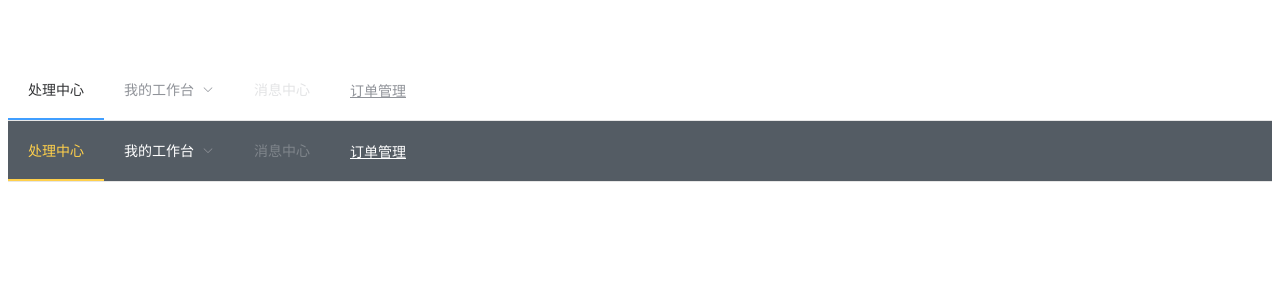
Repository: yuyiyong/study.vue
Page: /#/Layout
These files come from the project's save history. The page is drawn as it stood at one moment and after the next save; the edit follows.
The browser window is 1280 px wide. The pictures show the whole page.
The project was rebuilt for these pictures with package versions that can differ from the ones it lists, and the page was loaded fresh each time. Also part of the build but not shown: src/components/HelloWorld.vue.

Above is the page before, as saved 2021-03-09 14:35:13.

### index.html
<!DOCTYPE html>
<html>
  <head>
    <meta charset="utf-8">
    <meta name="viewport" content="width=device-width,initial-scale=1.0">
    <title>element_test</title>
  </head>
  <body>
    <div id="app"></div>
    <!-- built files will be auto injected -->
  </body>
</html>

### src/main.js
/*
 * @Author: your name
 * @Date: 2021-03-08 17:56:46
 * @LastEditTime: 2021-03-09 14:18:59
 * @LastEditors: Please set LastEditors
 * @Description: In User Settings Edit
 * @FilePath: /element_test/src/main.js
 */
// The Vue build version to load with the `import` command
// (runtime-only or standalone) has been set in webpack.base.conf with an alias.
import Vue from 'vue'
import App from './App'
import router from './router'
import element from './element/index'
import 'element-ui/lib/theme-chalk/index.css'

Vue.config.productionTip = false
Vue.use(element)
/* eslint-disable no-new */
new Vue({
  el: '#app',
  router,
  components: { App },
  template: '<App/>'
})

### src/App.vue
<!--
 * @Author: your name
 * @Date: 2021-03-08 17:56:46
 * @LastEditTime: 2021-03-09 14:35:13
 * @LastEditors: Please set LastEditors
 * @Description: In User Settings Edit
 * @FilePath: /element_test/src/App.vue
-->
<template>
  <div id="app">
    <!-- <img src="./assets/logo.png"> -->
    <Layout></Layout>
    <router-view/>
  </div>
</template>

<script>
import Layout from './pages/layout/Layout'
export default {
  name: 'App',
  components: Layout
}
</script>

<style>
#app {
  font-family: 'Avenir', Helvetica, Arial, sans-serif;
  -webkit-font-smoothing: antialiased;
  -moz-osx-font-smoothing: grayscale;
  text-align: center;
  color: #2c3e50;
  margin-top: 60px;
}
</style>

### src/router/index.js
/*
 * @Author: your name
 * @Date: 2021-03-08 17:56:46
 * @LastEditTime: 2021-03-09 12:06:38
 * @LastEditors: Please set LastEditors
 * @Description: In User Settings Edit
 * @FilePath: /element_test/src/router/index.js
 */
import Vue from 'vue'
import Router from 'vue-router'
import HelloWorld from '@/components/HelloWorld'
import Layout from '@/pages/layout/Layout'

Vue.use(Router)

export default new Router({
  routes: [
    {
      path: '/',
      name: 'HelloWorld',
      component: HelloWorld
    },
    {
      path: '/Layout',
      name: 'Layout',
      component: Layout
    }

  ]
})

### src/element/index.js
/*
 * @Author: your name
 * @Date: 2021-03-08 18:29:00
 * @LastEditTime: 2021-03-09 14:24:49
 * @LastEditors: Please set LastEditors
 * @Description: In User Settings Edit
 * @FilePath: /element_test/src/element/index.js
 */
// 导入自己需要的组件
import {
  Pagination,
  Dialog,
  Autocomplete,
  Dropdown,
  DropdownMenu,
  DropdownItem,
  Menu,
  Submenu,
  MenuItem,
  MenuItemGroup,
  Input,
  InputNumber,
  Radio,
  RadioGroup,
  RadioButton,
  Checkbox,
  CheckboxButton,
  CheckboxGroup,
  Switch,
  Select,
  Option,
  OptionGroup,
  Button,
  ButtonGroup,
  Table,
  TableColumn,
  DatePicker,
  TimeSelect,
  TimePicker,
  Popover,
  Tooltip,
  Breadcrumb,
  BreadcrumbItem,
  Form,
  FormItem,
  Tabs,
  TabPane,
  Tag,
  Tree,
  Alert,
  Slider,
  Icon,
  Row,
  Col,
  Upload,
  Progress,
  Spinner,
  Badge,
  Card,
  Rate,
  Steps,
  Step,
  Carousel,
  CarouselItem,
  Collapse,
  CollapseItem,
  Cascader,
  ColorPicker,
  Transfer,
  Container,
  Header,
  Aside,
  Main,
  Footer,
  Timeline,
  TimelineItem,
  Link,
  Divider,
  Image,
  Calendar,
  Backtop,
  PageHeader,
  CascaderPanel,
  Loading,
  MessageBox,
  Message,
  Notification
} from 'element-ui'
// import 'element-ui/lib/theme-chalk/index.css'

const element = {
  install: function (Vue) {
    Vue.use(Pagination)
    Vue.use(Dialog)
    Vue.use(Autocomplete)
    Vue.use(Dropdown)
    Vue.use(DropdownMenu)
    Vue.use(DropdownItem)
    Vue.use(Menu)
    Vue.use(Submenu)
    Vue.use(MenuItem)
    Vue.use(MenuItemGroup)
    Vue.use(Input)
    Vue.use(InputNumber)
    Vue.use(Radio)
    Vue.use(RadioGroup)
    Vue.use(RadioButton)
    Vue.use(Checkbox)
    Vue.use(CheckboxButton)
    Vue.use(CheckboxGroup)
    Vue.use(Switch)
    Vue.use(Select)
    Vue.use(Option)
    Vue.use(OptionGroup)
    Vue.use(Button)
    Vue.use(ButtonGroup)
    Vue.use(Table)
    Vue.use(TableColumn)
    Vue.use(DatePicker)
    Vue.use(TimeSelect)
    Vue.use(TimePicker)
    Vue.use(Popover)
    Vue.use(Tooltip)
    Vue.use(Breadcrumb)
    Vue.use(BreadcrumbItem)
    Vue.use(Form)
    Vue.use(FormItem)
    Vue.use(Tabs)
    Vue.use(TabPane)
    Vue.use(Tag)
    Vue.use(Tree)
    Vue.use(Alert)
    Vue.use(Slider)
    Vue.use(Icon)
    Vue.use(Row)
    Vue.use(Col)
    Vue.use(Upload)
    Vue.use(Progress)
    Vue.use(Spinner)
    Vue.use(Badge)
    Vue.use(Card)
    Vue.use(Rate)
    Vue.use(Steps)
    Vue.use(Step)
    Vue.use(Carousel)
    Vue.use(CarouselItem)
    Vue.use(Collapse)
    Vue.use(CollapseItem)
    Vue.use(Cascader)
    Vue.use(ColorPicker)
    Vue.use(Transfer)
    Vue.use(Container)
    Vue.use(Header)
    Vue.use(Aside)
    Vue.use(Main)
    Vue.use(Footer)
    Vue.use(Timeline)
    Vue.use(TimelineItem)
    Vue.use(Link)
    Vue.use(Divider)
    Vue.use(Image)
    Vue.use(Calendar)
    Vue.use(Backtop)
    Vue.use(PageHeader)
    Vue.use(CascaderPanel)

    Vue.use(Loading.directive)

    Vue.prototype.$loading = Loading.service
    Vue.prototype.$msgbox = MessageBox
    Vue.prototype.$alert = MessageBox.alert
    Vue.prototype.$confirm = MessageBox.confirm
    Vue.prototype.$prompt = MessageBox.prompt
    Vue.prototype.$notify = Notification
    Vue.prototype.$message = Message
  }
}
export default element

### src/pages/layout/Layout.vue
<!--
 * @Author: your name
 * @Date: 2021-03-09 11:45:21
 * @LastEditTime: 2021-03-09 12:14:13
 * @LastEditors: Please set LastEditors
 * @Description: In User Settings Edit
 * @FilePath: /element_test/src/pages/layout/Layout.vue
-->

<!--
 * @Author: your name
 * @Date: 2021-03-08 17:56:46
 * @LastEditTime: 2021-03-09 10:45:57
 * @LastEditors: Please set LastEditors
 * @Description: In User Settings Edit
 * @FilePath: /element_test/src/components/HelloWorld.vue
-->
<template>
  <div>
    <el-menu
      :default-active="activeIndex"
      class="el-menu-demo"
      mode="horizontal"
      @select="handleSelect"
    >
      <el-menu-item index="1">处理中心</el-menu-item>
      <el-submenu index="2">
        <template slot="title">我的工作台</template>
        <el-menu-item index="2-1">选项1</el-menu-item>
        <el-menu-item index="2-2">选项2</el-menu-item>
        <el-menu-item index="2-3">选项3</el-menu-item>
        <el-submenu index="2-4">
          <template slot="title">选项4</template>
          <el-menu-item index="2-4-1">选项1</el-menu-item>
          <el-menu-item index="2-4-2">选项2</el-menu-item>
          <el-menu-item index="2-4-3">选项3</el-menu-item>
        </el-submenu>
      </el-submenu>
      <el-menu-item index="3" disabled>消息中心</el-menu-item>
      <el-menu-item index="4"
        ><a href="https://www.ele.me" target="_blank">订单管理</a></el-menu-item
      >
    </el-menu>
    <div class="line"></div>
    <el-menu
      :default-active="activeIndex2"
      class="el-menu-demo"
      mode="horizontal"
      @select="handleSelect"
      background-color="#545c64"
      text-color="#fff"
      active-text-color="#ffd04b"
    >
      <el-menu-item index="1">处理中心</el-menu-item>
      <el-submenu index="2">
        <template slot="title">我的工作台</template>
        <el-menu-item index="2-1">选项1</el-menu-item>
        <el-menu-item index="2-2">选项2</el-menu-item>
        <el-menu-item index="2-3">选项3</el-menu-item>
        <el-submenu index="2-4">
          <template slot="title">选项4</template>
          <el-menu-item index="2-4-1">选项1</el-menu-item>
          <el-menu-item index="2-4-2">选项2</el-menu-item>
          <el-menu-item index="2-4-3">选项3</el-menu-item>
        </el-submenu>
      </el-submenu>
      <el-menu-item index="3" disabled>消息中心</el-menu-item>
      <el-menu-item index="4"
        ><a href="https://www.ele.me" target="_blank">订单管理</a></el-menu-item
      >
    </el-menu>
  </div>
</template>

<script>
export default {
  name: 'Layout',
  data () {
    return {
      activeIndex: '1',
      activeIndex2: '1'
    }
  },
  methods: {
    handleSelect (key, keyPath) {
      console.log(key, keyPath)
    }
  }
}
</script>

<!-- Add "scoped" attribute to limit CSS to this component only -->
<style scoped></style>

After the next save:
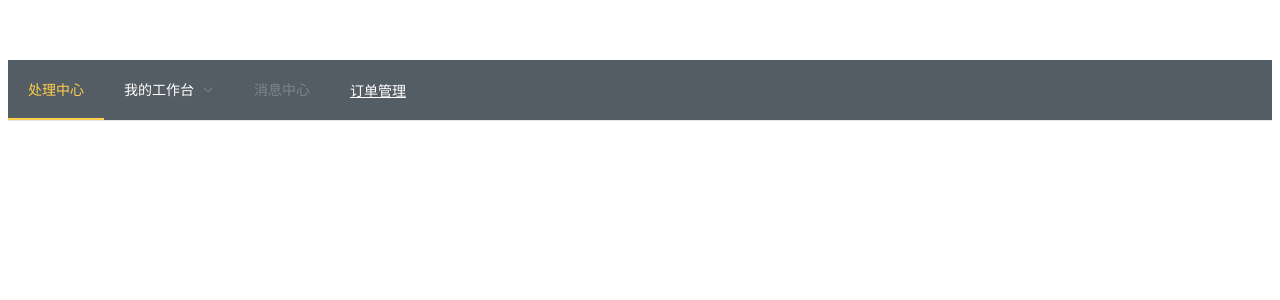
Saved 2 min 9 s later.
--- a/src/pages/layout/Layout.vue
+++ b/src/pages/layout/Layout.vue
@@ -1,7 +1,7 @@
 <!--
  * @Author: your name
  * @Date: 2021-03-09 11:45:21
- * @LastEditTime: 2021-03-09 12:14:13
+ * @LastEditTime: 2021-03-09 14:37:22
  * @LastEditors: Please set LastEditors
  * @Description: In User Settings Edit
  * @FilePath: /element_test/src/pages/layout/Layout.vue
@@ -17,31 +17,7 @@
 -->
 <template>
   <div>
-    <el-menu
-      :default-active="activeIndex"
-      class="el-menu-demo"
-      mode="horizontal"
-      @select="handleSelect"
-    >
-      <el-menu-item index="1">处理中心</el-menu-item>
-      <el-submenu index="2">
-        <template slot="title">我的工作台</template>
-        <el-menu-item index="2-1">选项1</el-menu-item>
-        <el-menu-item index="2-2">选项2</el-menu-item>
-        <el-menu-item index="2-3">选项3</el-menu-item>
-        <el-submenu index="2-4">
-          <template slot="title">选项4</template>
-          <el-menu-item index="2-4-1">选项1</el-menu-item>
-          <el-menu-item index="2-4-2">选项2</el-menu-item>
-          <el-menu-item index="2-4-3">选项3</el-menu-item>
-        </el-submenu>
-      </el-submenu>
-      <el-menu-item index="3" disabled>消息中心</el-menu-item>
-      <el-menu-item index="4"
-        ><a href="https://www.ele.me" target="_blank">订单管理</a></el-menu-item
-      >
-    </el-menu>
-    <div class="line"></div>
+
     <el-menu
       :default-active="activeIndex2"
       class="el-menu-demo"
